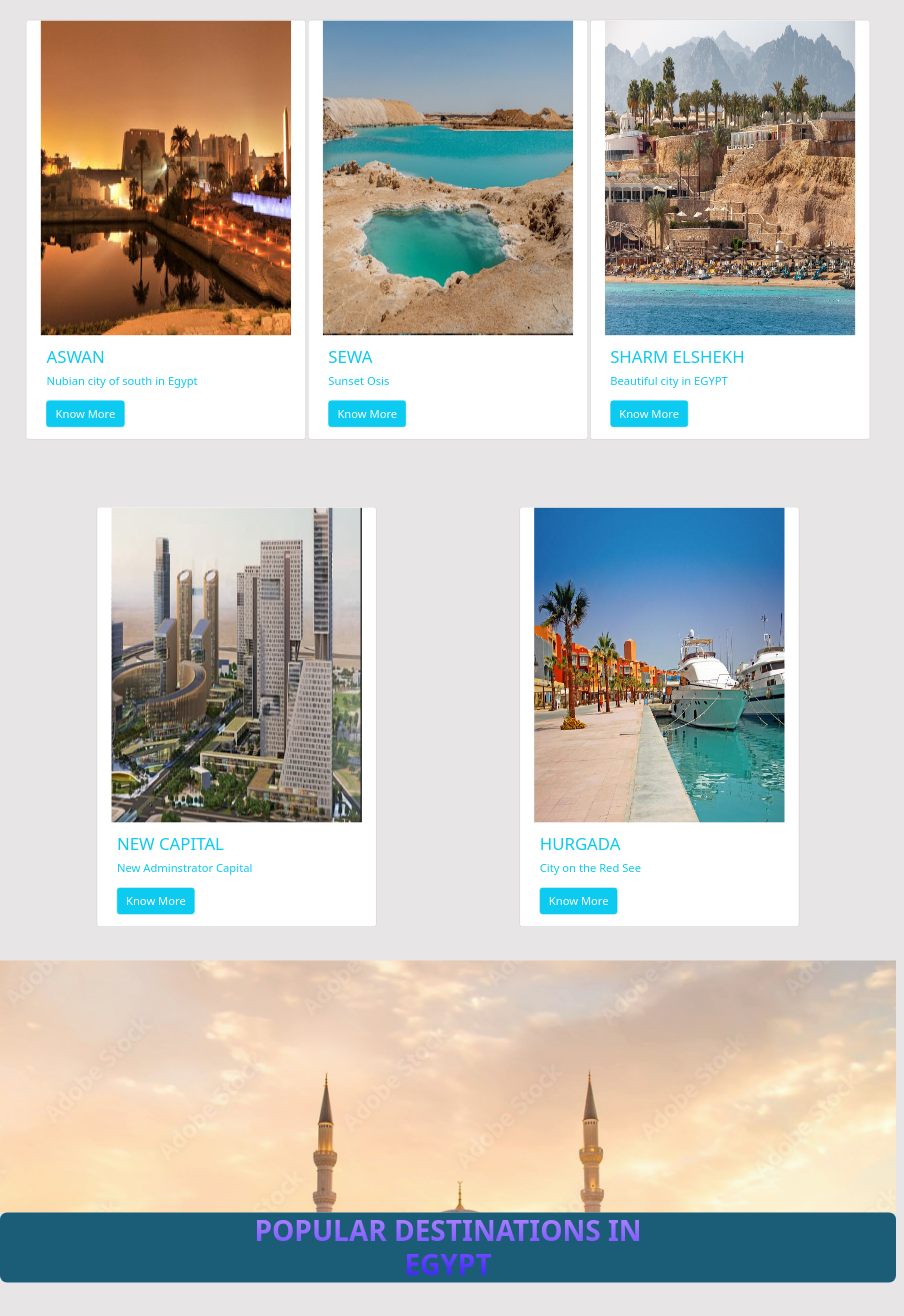
Repository: Ahmed123rezk123/P-temp
Page: index.html
An editor plug-in stored every save of this project. The page is shown before and after a run of saves, followed by the edit.
The browser window is 1280 px wide. The page is 1292 px wide, so the pictures cover 1292 px, including what lies to the right of the window. The pictures show the part of the page from y = 4313 to 6193 px (the page is 6193 px tall), at 70% of full size.
Backgrounds fixed to the window are drawn as part of the page.

Above is the page before, as saved 2024-02-18 11:54:18.

After the next 2 saves:
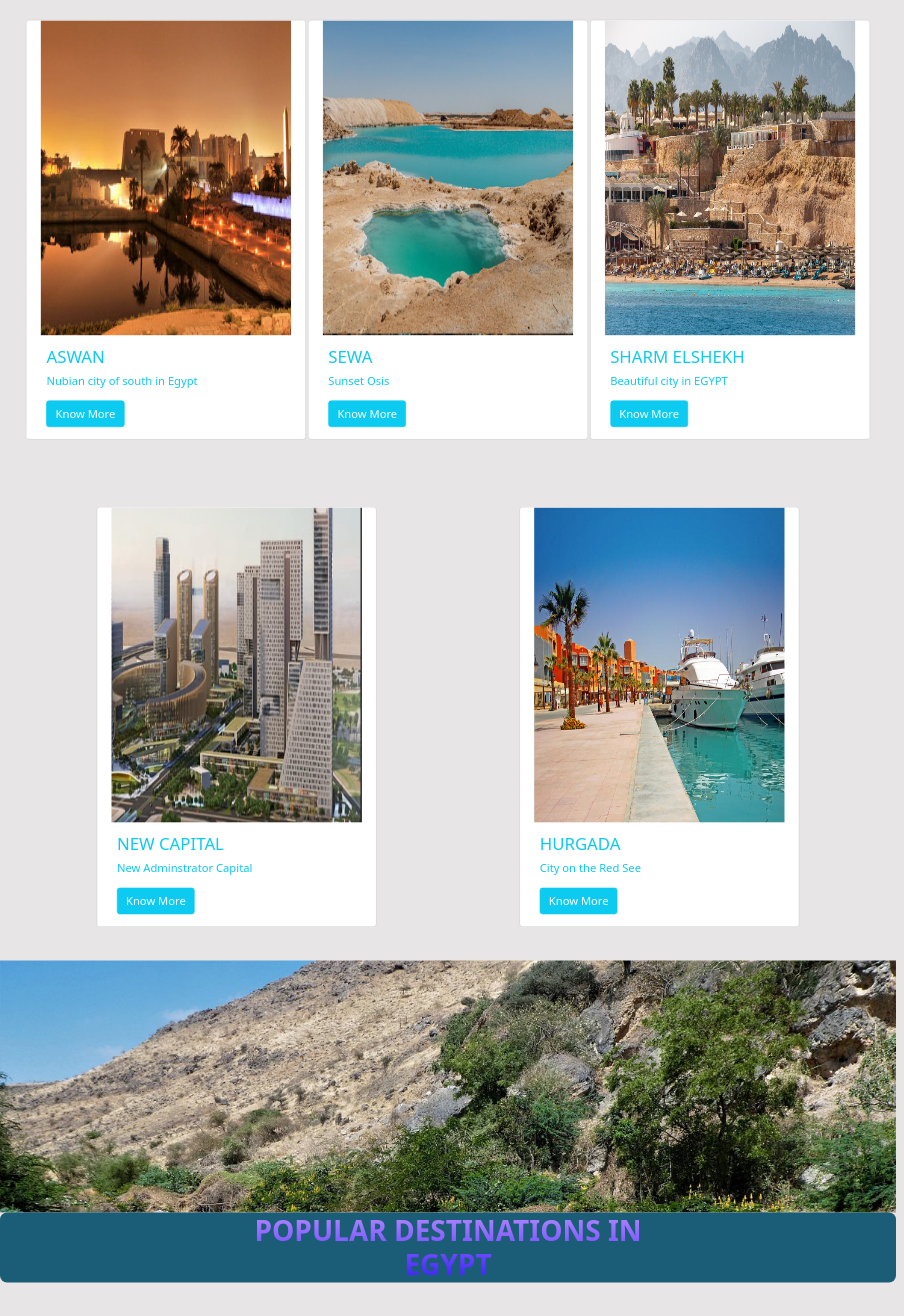
The 2 saves are shown as one change because they came seconds apart.
The last was saved 63 s later.
--- a/CSS/style.css
+++ b/CSS/style.css
@@ -307,7 +307,7 @@ background: -webkit-linear-gradient( #b387ff , rgb(57, 31, 255));
 .section14 {
   width: 100%;
   height: 50vh;
-  background-image: url(../images/amazingveiw.jpg);
+  background-image: url(../images/ain-razat.jpg);
   position: relative;
   background-size: cover;
   background-attachment: fixed;
